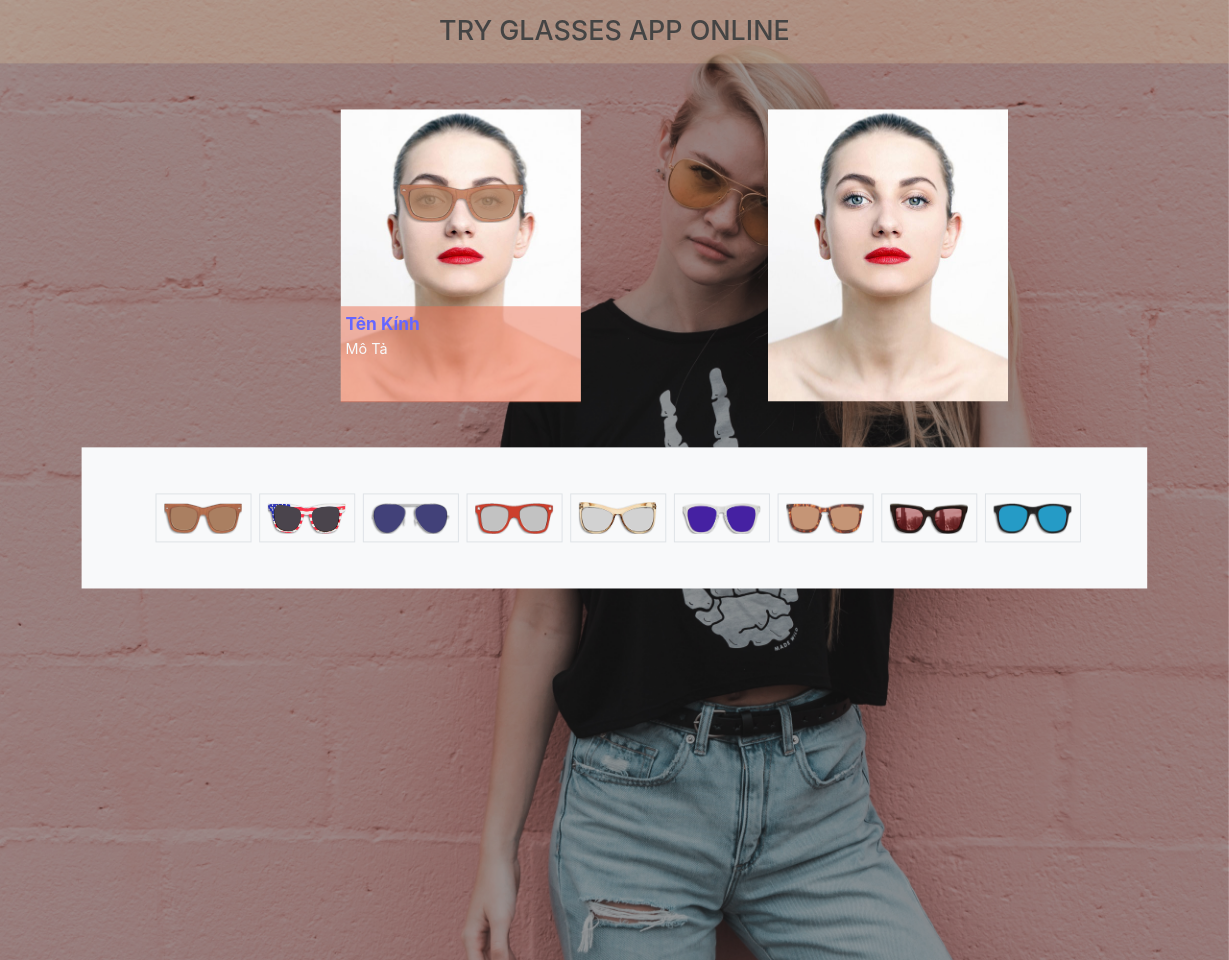
Repository: LeHieuSP/Baitapthukinh_LTH_FE70
Page: /
An editor plug-in stored every save of this project. The page is shown before and after the next save, followed by the edit.
The browser window is 1280 px wide. The pictures show the whole page, at 96% of full size.
The project was rebuilt for these pictures with package versions that can differ from the ones it lists, and the page was loaded fresh each time. Also part of the build but not shown: src/index.css, src/App.css, src/redux/actions/BaiTapDatVeAction.js, src/BaiTapRedux/BaiTapBookingTicket/ThongTinDatGhe.js, src/BaiTapRedux/BaiTapBookingTicket/HangGhe.js, src/BaiTapRedux/BaiTapBookingTicket/BaiTapBookingTicket.js.

Above is the page before, as saved 2022-03-10 01:17:55.

After the next save:
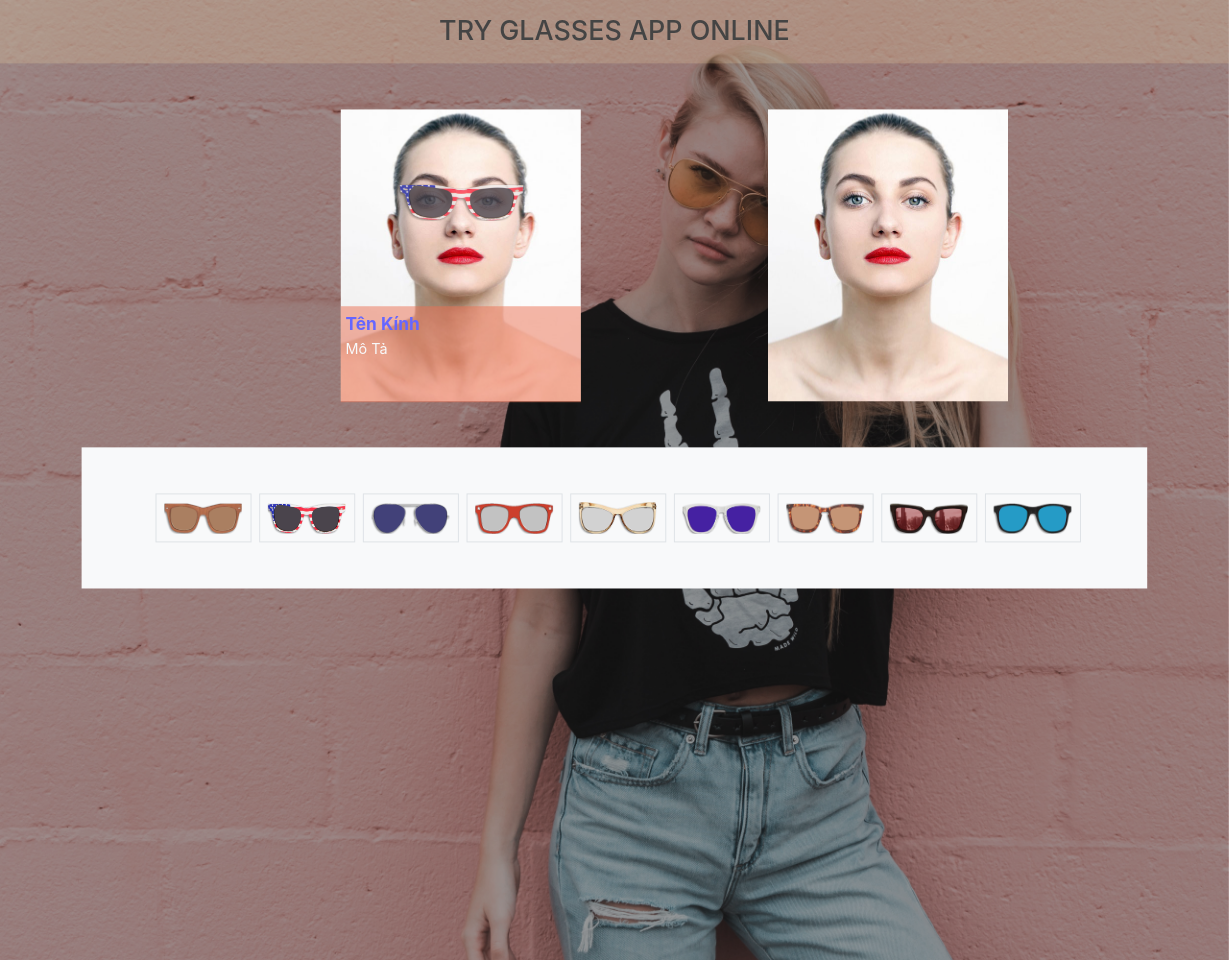
Saved 52 s later.
--- a/src/BaiTapThuKinh/BaiTapThuKinh.js
+++ b/src/BaiTapThuKinh/BaiTapThuKinh.js
@@ -74,7 +74,7 @@
                   alt="model.jpg"
                 />
                 <img style={styleGlasses}
-                className="position-absolute" src="./glassesImage/v1.png"
+                className="position-absolute" src={this.state.glassesCurrent.url}
                 />
                 <div style={infoGlasses} className="position-relative">
                   <span style={{color:'#6666FF',fontSize:'18px'}} className="font-weight-bold ">Tên Kính</span> <br/>
